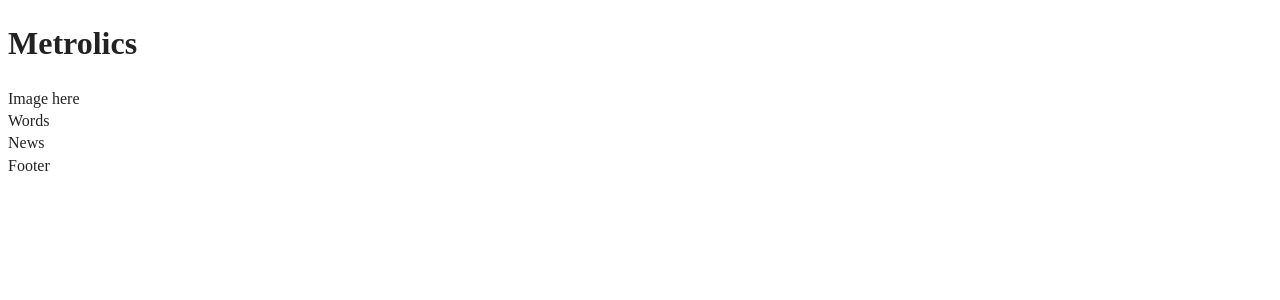
Repository: Jennica1/HTML_Structure
Page: index.html
These files come from the project's save history. The page is drawn as it stood at one moment and after the next save; the edit follows.
The browser window is 1280 px wide. The pictures show the whole page.

Above is the page before, as saved 2024-01-24 17:26:05.

### index.html
<!doctype html>
<html class="no-js" lang="en">

<head>
  <meta charset="utf-8">
  <meta name="viewport" content="width=device-width, initial-scale=1">
  <title></title>
  <link rel="stylesheet" href="css/style.css">
  <meta name="description" content="">

  <meta property="og:title" content="">
  <meta property="og:type" content="">
  <meta property="og:url" content="">
  <meta property="og:image" content="">

  <link rel="icon" href="/favicon.ico" sizes="any">
  <link rel="icon" href="/icon.svg" type="image/svg+xml">
  <link rel="apple-touch-icon" href="icon.png">

  <link rel="manifest" href="site.webmanifest">
  <meta name="theme-color" content="#fafafa">
</head>

    <body class="page">
      <header class="page__header">
        <div class="outter-container">
          <div class="content-container title">
            <h1>Metrolics</h1>
          </div>
          <div class="content-container image">
            Image here
          </div>
        </div>
      </header>

      <div class="page__description">
        <div class="outter-container">
          <div class="content-container description">
            Words
          </div>
        </div>
      </div>

      <div class="page__information">
        <div class="outter-container">
          <div class="content-container information">
            News
          </div>
        </div>
      </div>

    <footer class="pageFooter">
      <div class="outterContainer">
        <div class="contentContainer">
          Footer
        </div>
      </div>
    </footer>

  <script src="js/app.js"></script>

</body>

</html>

### css/style.css
/*! HTML5 Boilerplate v9.0.0-RC1 | MIT License | https://html5boilerplate.com/ */

/* main.css 3.0.0 | MIT License | https://github.com/h5bp/main.css#readme */
/*
 * What follows is the result of much research on cross-browser styling.
 * Credit left inline and big thanks to Nicolas Gallagher, Jonathan Neal,
 * Kroc Camen, and the H5BP dev community and team.
 */

/* ==========================================================================
   Base styles: opinionated defaults
   ========================================================================== */

html {
  color: #222;
  font-size: 1em;
  line-height: 1.4;
}

/*
 * Remove text-shadow in selection highlight:
 * https://twitter.com/miketaylr/status/12228805301
 *
 * Customize the background color to match your design.
 */

::-moz-selection {
  background: #b3d4fc;
  text-shadow: none;
}

::selection {
  background: #b3d4fc;
  text-shadow: none;
}

/*
 * A better looking default horizontal rule
 */

hr {
  display: block;
  height: 1px;
  border: 0;
  border-top: 1px solid #ccc;
  margin: 1em 0;
  padding: 0;
}

/*
 * Remove the gap between audio, canvas, iframes,
 * images, videos and the bottom of their containers:
 * https://github.com/h5bp/html5-boilerplate/issues/440
 */

audio,
canvas,
iframe,
img,
svg,
video {
  vertical-align: middle;
}

/*
 * Remove default fieldset styles.
 */

fieldset {
  border: 0;
  margin: 0;
  padding: 0;
}

/*
 * Allow only vertical resizing of textareas.
 */

textarea {
  resize: vertical;
}

/* ==========================================================================
   Author's custom styles
   ========================================================================== */

/* ==========================================================================
   Helper classes
   ========================================================================== */

/*
 * Hide visually and from screen readers
 */

.hidden,
[hidden] {
  display: none !important;
}

/*
 * Hide only visually, but have it available for screen readers:
 * https://snook.ca/archives/html_and_css/hiding-content-for-accessibility
 *
 * 1. For long content, line feeds are not interpreted as spaces and small width
 *    causes content to wrap 1 word per line:
 *    https://medium.com/@jessebeach/beware-smushed-off-screen-accessible-text-5952a4c2cbfe
 */

.visually-hidden {
  border: 0;
  clip: rect(0, 0, 0, 0);
  height: 1px;
  margin: -1px;
  overflow: hidden;
  padding: 0;
  position: absolute;
  white-space: nowrap;
  width: 1px;
  /* 1 */
}

/*
 * Extends the .visually-hidden class to allow the element
 * to be focusable when navigated to via the keyboard:
 * https://www.drupal.org/node/897638
 */

.visually-hidden.focusable:active,
.visually-hidden.focusable:focus {
  clip: auto;
  height: auto;
  margin: 0;
  overflow: visible;
  position: static;
  white-space: inherit;
  width: auto;
}

/*
 * Hide visually and from screen readers, but maintain layout
 */

.invisible {
  visibility: hidden;
}

/*
 * Clearfix: contain floats
 *
 * The use of `table` rather than `block` is only necessary if using
 * `::before` to contain the top-margins of child elements.
 */

.clearfix::before,
.clearfix::after {
  content: "";
  display: table;
}

.clearfix::after {
  clear: both;
}

/* ==========================================================================
   EXAMPLE Media Queries for Responsive Design.
   These examples override the primary ('mobile first') styles.
   Modify as content requires.
   ========================================================================== */

@media only screen and (min-width: 35em) {
  /* Style adjustments for viewports that meet the condition */
}

@media print,
  (-webkit-min-device-pixel-ratio: 1.25),
  (min-resolution: 1.25dppx),
  (min-resolution: 120dpi) {
  /* Style adjustments for high resolution devices */
}

/* ==========================================================================
   Print styles.
   Inlined to avoid the additional HTTP request:
   https://www.phpied.com/delay-loading-your-print-css/
   ========================================================================== */

@media print {
  *,
  *::before,
  *::after {
    background: #fff !important;
    color: #000 !important;
    /* Black prints faster */
    box-shadow: none !important;
    text-shadow: none !important;
  }

  a,
  a:visited {
    text-decoration: underline;
  }

  a[href]::after {
    content: " (" attr(href) ")";
  }

  abbr[title]::after {
    content: " (" attr(title) ")";
  }

  /*
   * Don't show links that are fragment identifiers,
   * or use the `javascript:` pseudo protocol
   */
  a[href^="#"]::after,
  a[href^="javascript:"]::after {
    content: "";
  }

  pre {
    white-space: pre-wrap !important;
  }

  pre,
  blockquote {
    border: 1px solid #999;
    page-break-inside: avoid;
  }

  tr,
  img {
    page-break-inside: avoid;
  }

  p,
  h2,
  h3 {
    orphans: 3;
    widows: 3;
  }

  h2,
  h3 {
    page-break-after: avoid;
  }
}

Loaded but not shown: js/app.js (no stored copy; drawn as an empty file)

After the next save:
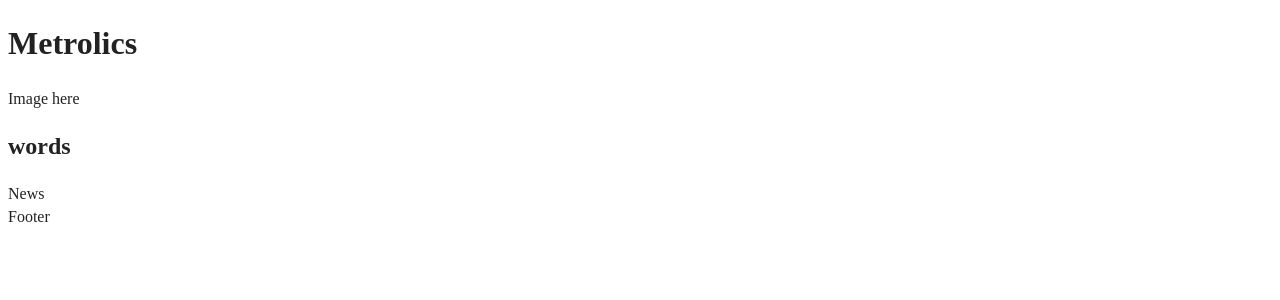
Saved 23 s later.
--- a/index.html
+++ b/index.html
@@ -36,7 +36,7 @@
       <div class="page__description">
         <div class="outter-container">
           <div class="content-container description">
-            Words
+            <h2>words</h2>
           </div>
         </div>
       </div>
